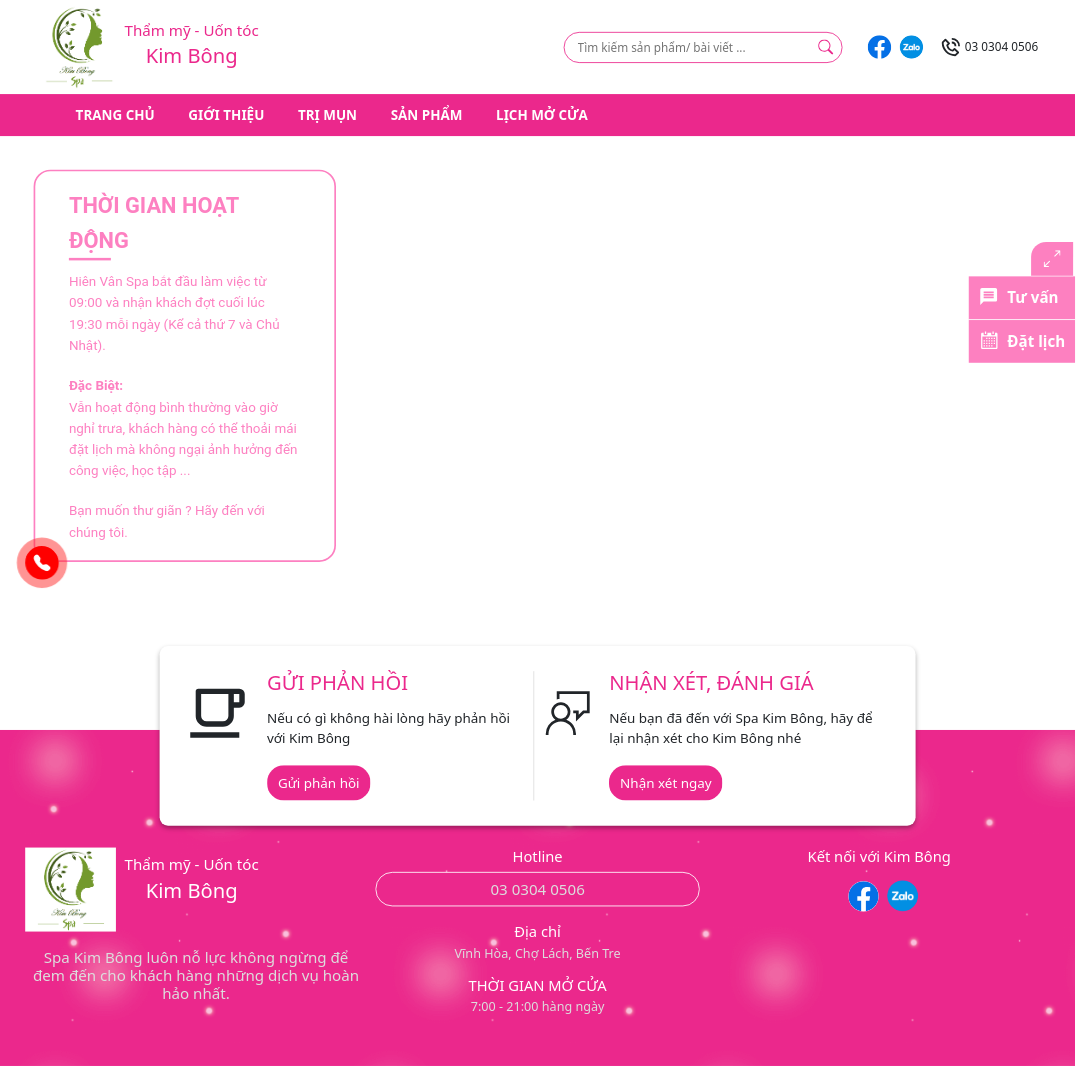
Repository: tranduykhuong/SpaKimBong
Page: /calendar
An editor plug-in stored every save of this project. The page is shown before and after the next save, followed by the edit.
The browser window is 1280 px wide. The page is 1280 px wide, then 1300 px, so the pictures cover 1300 px, including what lies to the right of the window. The pictures show the whole page, at 84% of full size.
The project was rebuilt for these pictures with package versions that can differ from the ones it lists, and the page was loaded fresh each time. Also part of the build but not shown: src/components/Banner/banner.scss, src/components/Banner/Banner.js, src/pages/Home/home.scss, src/pages/Home/ListImage/listImage.scss, src/pages/Home/ListImage/ListImage.js, src/pages/Home/BookOnline/bookOnl.scss, src/pages/Home/BookOnline/Modal/ModalBook/modalbook.scss, src/pages/Home/BookOnline/Modal/ModalBook/modalbook.js and 24 more.

Above is the page before, as saved 2022-06-06 23:31:14.

### src/App.js
import "./App.scss";
import Header from "./components/Header/Header";
import Home from "./pages/Home/Home";
import "bootstrap/dist/css/bootstrap.min.css";
import { Route, Routes } from "react-router-dom";
import About from "./pages/About/About";
import Products from "./pages/Product/Products";
import ProductDetail from "./pages/Product/ProductDetail/ProductDetail";
import AcneTreatment from "./pages/AcneTreatment/AcneTreatment";
import ContactToolbox from "./components/ContactToolbox/ContactToolbox";
import BackToTop from "./components/BackToTop/BackToTop";
import PhoneTool from "./components/PhoneTool/PhoneTool";
import Calendar from "./pages/Calendar/Calendar";

function App() {
  return (
    <div className="App">
      <Header />
      <ContactToolbox />
      <BackToTop />
      <PhoneTool />
      <Routes>
        <Route path="/" element={<Home />} />
        <Route path="/about" element={<About />} />
        <Route path="/products" element={<Products />} />
        <Route path="/acne" element={<AcneTreatment />} />
        <Route path="/calendar" element={<Calendar />} />

        <Route path="/products/1" element={<ProductDetail />} />
      </Routes>
    </div>
  );
}

export default App;

### src/components/Header/Header.js
import React, { useEffect, useState } from "react";
import "./header.scss";
import { BsSearch, BsFacebook } from "react-icons/bs";
import { BiPhoneCall } from "react-icons/bi";
import { Link, useLocation } from "react-router-dom";

function Header() {
  const path = useLocation().pathname;
  const [fixedNavbar, setFixedNavbar] = useState(false);

  useEffect(() => {
    const handleScroll = () => {
      if (window.scrollY < 1) {
        setFixedNavbar(true);
      }

      if (window.scrollY > 170) setFixedNavbar(true);
      else setFixedNavbar(false);
    };

    window.addEventListener("scroll", handleScroll);

    return () => {
      window.removeEventListener("scroll", handleScroll);
    };
  }, []);

  useEffect(() => {
    window.scrollTo(0, 0);
  }, [path]);

  return (
    <div className="header">
      <div className={"infor " + (fixedNavbar ? "mg-navbar" : "")}>
        <div className="logo">
          <img src="../../img/logoSpa.png" alt="" />
          <div className="nameSpa">
            <h4>Thẩm mỹ - Uốn tóc</h4>
            <h2>Kim Bông</h2>
          </div>
        </div>

        <div className="search">
          <input type="text" placeholder="Tìm kiếm sản phẩm/ bài viết ..." />
          <a className="icon">
            <BsSearch className="iconSearch" />
          </a>
        </div>

        <div className="contact">
          <a href="/" className="icon">
            <BsFacebook className="iconFacebook" />
          </a>
          <a href="/" className="icon">
            <img src="../../img/Zalo.png" alt="" className="iconZalo" />
          </a>

          <div className="phone">
            <BiPhoneCall className="iconPhone" />
            <h3>03 0304 0506</h3>
          </div>
        </div>
      </div>
      <div className={"myNavbar " + (fixedNavbar ? "fixedNavbar" : "")}>
        <div className="navbarContent">
          <ul className="navbarList">
            <li className={path === "/" ? "active" : ""}>
              <Link to="/">TRANG CHỦ</Link>
            </li>
            <li className={path === "/about" ? "active" : ""}>
              <Link to="/about">GIỚI THIỆU</Link>
            </li>
            {/* <li className={path === "/skin" ? "active" : ""}>
              <Link to="/">CHĂM SÓC DA</Link>
            </li> */}
            <li className={path === "/acne" ? "active" : ""}>
              <Link to="/acne">TRỊ MỤN</Link>
            </li>
            <li className={path === "/products" ? "active" : ""}>
              <Link to="/products">SẢN PHẨM</Link>
            </li>
            <li className={path === "/open-time" ? "active" : ""}>
              <Link to="/calendar">LỊCH MỞ CỬA</Link>
            </li>
          </ul>
        </div>
      </div>
    </div>
  );
}

export default Header;

### src/components/ContactToolbox/ContactToolbox.js
import React, { useState } from "react";
import "./contactToolbox.scss";
import { MdMessage } from "react-icons/md";
import { GoCalendar } from "react-icons/go";
import { BsArrowsAngleExpand } from "react-icons/bs";

const ContactToolbox = () => {
  const [hidden, setHidden] = useState(false);

  return (
    <div className="contactFixed">
      <div className="toolboxScroll" onClick={() => setHidden((prev) => !prev)}>
        <BsArrowsAngleExpand className="iconArrow" />
      </div>
      <div className={"toolboxList " + (hidden ? "hidden" : "open")}>
        <div className="advise toolboxItem">
          <MdMessage className="iconMessage" />
          <p>Tư vấn</p>
        </div>
        <div className="book toolboxItem">
          <GoCalendar className="iconCalendar" />
          <p>Đặt lịch</p>
        </div>
      </div>
    </div>
  );
};

export default ContactToolbox;

### src/components/BackToTop/BackToTop.js
import React, { useEffect, useState } from "react";
import "./backToTop.scss";
import { FaRegArrowAltCircleUp } from "react-icons/fa";

const BackToTop = () => {
  const [clicked, setClick] = useState(true);
  const [hiddenArrow, setHiddenArrow] = useState(true);

  useEffect(() => {
    const handleScroll = () => {
      if (window.scrollY > 550) setHiddenArrow(false);
      else setHiddenArrow(true);
    };
    window.addEventListener("scroll", handleScroll);
    return () => {
      window.removeEventListener("scroll", handleScroll);
    };
  }, []);

  useEffect(() => {
    window.scrollTo(0, 0);
  }, [clicked]);

  return (
    <div
      className={"backToTop " + (hiddenArrow ? "" : "show")}
      onClick={() => setClick((prev) => !prev)}
    >
      <FaRegArrowAltCircleUp className="icon" />
    </div>
  );
};

export default BackToTop;

### src/components/PhoneTool/PhoneTool.js
import React from "react";
import "./phoneTool.scss";
import { BsFillTelephoneFill } from "react-icons/bs";

const PhoneTool = () => {
  return (
    <div className="phoneTool">
      <div className="phone">
        <BsFillTelephoneFill className="iconPhone" />
      </div>
      <div className="circle"></div>
    </div>
  );
};

export default PhoneTool;

### src/pages/Calendar/Calendar.js
import React from "react";
import "./calendar.scss";
import Footer from "./../../components/Footer/Footer";

const Calendar = () => {
  return (
    <div>
      <div className="container-calendar">
        <div className="container-bg-calendar">
          <div className="calendar">
            <div className="calendar-content">
              <h3>THỜI GIAN HOẠT ĐỘNG</h3>
              <p>
                Hiên Vân Spa bắt đầu làm việc từ 09:00 và nhận khách đợt cuối
                lúc 19:30 mỗi ngày (Kể cả thứ 7 và Chủ Nhật).
              </p>
              <strong id="special">Đặc Biệt:</strong>
              <p>
                Vẫn hoạt động bình thường vào giờ nghỉ trưa, khách hàng có thể
                thoải mái đặt lịch mà không ngại ảnh hưởng đến công việc, học
                tập ...
              </p>
              <p>Bạn muốn thư giãn ? Hãy đến với chúng tôi.</p>
            </div>

            <div className="calendar-boxs"></div>
          </div>
        </div>
      </div>

      <Footer />
    </div>
  );
};

export default Calendar;

### src/components/Header/header.scss
@import '../../SCSS/base/variables.scss';
$height-navbar: 5rem;

.header {
    .mg-navbar {
        margin-bottom: $height-navbar;
    }

    .infor {
        max-width: 1200px;
        padding: .6rem 0;
        display: flex;
        justify-content: space-between;
        margin: 0 auto;

        .logo {
            display: flex;
            flex: 1;

            img {
                height: 10rem;
            }

            .nameSpa {
                color: $main-color;
                margin: auto 0;

                h4 {
                    font-size: 1.8rem;
                    font-weight: 500;
                }

                h2 {
                    font-size: 2.4rem;
                }
            }
        }


        .search {
            margin: auto 0;
            border-radius: 50px;
            border: solid .1rem $main-color;
            height: 37px;
            display: flex;

            input {
                font-size: 1.4rem;
                margin: auto 16px;
                min-width: 26rem;
                border: none;
                outline: none;
            }

            .icon {
                margin: auto 10px;
                cursor: pointer;
            }

            .iconSearch {
                width: 1.8rem;
                height: 1.8rem;
                color: $main-color;

                &:hover {
                    color: #f867b2;
                }
            }
        }

        .contact {
            display: flex;
            margin-left: 20px;

            .icon {
                margin: auto 0;
                margin-left: 10px;

            }

            .iconFacebook {
                width: 2.8rem;
                height: 2.8rem;
                color: rgba($color: #0570e6, $alpha: 1.0);
            }

            .iconZalo {
                width: 2.8rem;
                height: 2.8rem;
                border-radius: 50%;
            }

            .phone {
                margin: auto 0;
                margin-left: 20px;
                display: flex;

                .iconPhone {
                    width: 2.6rem;
                    height: 2.6rem;
                }

                h3 {
                    font-size: 1.4rem;
                    font-weight: 500;
                    margin: auto 4px;
                }
            }

        }
    }

    .fixedNavbar {
        position: fixed;
        top: 0;
        left: 0;
        z-index: 50;
        width: 100%;
        animation: fixedNavbar 1s forwards;
    }

    @keyframes fixedNavbar {
        from {
            top: -5rem;
            opacity: 0;
        }

        to {
            top: 0;
            opacity: 1;
        }
    }

    .myNavbar {
        height: $height-navbar;
        background-color: $main-color;

        .navbarContent {
            max-width: 1200px;
            margin: 0 auto;

            .navbarList {
                display: flex;
                margin: 0 1rem;
                // justify-content: space-evenly;

                li {
                    list-style: none;

                    a {
                        line-height: $height-navbar;
                        height: $height-navbar;
                        display: block;
                        color: #fff;
                        font-size: 1.6rem;
                        font-weight: 600;
                        text-decoration: none;
                        padding: 0 2rem;
                    }

                    &:hover {
                        background-color: #f844a1;
                        cursor: pointer;
                    }
                }

                .active {
                    background-color: #dd0876;
                }
            }
        }
    }
}

### src/components/Footer/Footer.js
import React, { useEffect } from "react";
import "./footer.scss";
import { BsFacebook } from "react-icons/bs";
import { RiCupLine } from "react-icons/ri";
import { VscFeedback } from "react-icons/vsc";

const Footer = () => {
  return (
    <div className="footer">
      <div className="logo">
        <div className="info">
          <img src="../../img/logoSpa.png" alt="" />
          <div className="nameSpa">
            <h4>Thẩm mỹ - Uốn tóc</h4>
            <h2>Kim Bông</h2>
          </div>
        </div>

        <h5>
          Spa Kim Bông luôn nỗ lực không ngừng để đem đến cho khách hàng những
          dịch vụ hoàn hảo nhất.
        </h5>
      </div>

      <div className="address">
        <h3>Hotline</h3>
        <div className="hotline">03 0304 0506</div>
        <h3>Địa chỉ</h3>
        <h4>Vĩnh Hòa, Chợ Lách, Bến Tre</h4>
        <h3>THỜI GIAN MỞ CỬA</h3>
        <h4>7:00 - 21:00 hàng ngày</h4>
      </div>
      <div className="contact">
        <h3>Kết nối với Kim Bông</h3>
        <a href="/" className="icon">
          <BsFacebook className="iconFacebook" />
        </a>
        <a href="/" className="icon">
          <img src="../../img/Zalo.png" alt="" className="iconZalo" />
        </a>
      </div>

      <div className="subFooter">
        <div className="report">
          <RiCupLine className="icon" />
          <div>
            <h3>Gửi phản hồi</h3>
            <p>Nếu có gì không hài lòng hãy phản hồi với Kim Bông</p>
            <div className="btn">Gửi phản hồi</div>
          </div>
        </div>
        <div className="feedback">
          <VscFeedback className="icon" />
          <div>
            <h3>Nhận xét, Đánh giá</h3>
            <p>
              Nếu bạn đã đến với Spa Kim Bông, hãy để lại nhận xét cho Kim Bông
              nhé
            </p>
            <div className="btn">Nhận xét ngay</div>
          </div>
        </div>
      </div>
    </div>
  );
};

export default Footer;

### src/components/ContactToolbox/contactToolbox.scss
.contactFixed {
    position: fixed;
    top: 50%;
    transform: translateY(-50%);
    right: 0;
    z-index: 100;
    cursor: pointer;

    .toolboxScroll {
        border-top-left-radius: 1.8rem;
        background-color: rgba($color: #fc2c97, $alpha: 0.6);
        width: 5rem;
        padding: 1rem;
        color: #fff;
        transform: translateX(149%);
        border-bottom: 1px solid #fff;

        .iconArrow {
            width: 2rem;
            height: 2rem;
        }
    }

    .toolboxList {
        background-color: rgba($color: #fc2c97, $alpha: 0.6);


        .toolboxItem {
            display: flex;
            padding: 1.2rem;
            color: #fff;

            p {
                font-size: 1.8rem;
                margin: 0;
                padding-left: 1rem;
                font-weight: 600;
            }
        }

        .advise {
            border-bottom: 1px solid #fff;

            .iconMessage {
                width: 2.4rem;
                height: 2.4rem;
            }
        }

        .book {

            .iconCalendar {
                width: 2.4rem;
                height: 2.4rem;
            }
        }
    }

    .hidden {
        animation: toRight 0.8s linear forwards;
    }

    .open {
        animation: toLeft 0.8s linear backwards;
    }

    @keyframes toRight {
        to {
            transform: translateX(62%);
        }
    }

    @keyframes toLeft {
        from {
            transform: translateX(62%);

        }

        to {
            transform: translateX(0);
        }
    }
}

### src/components/BackToTop/backToTop.scss
.backToTop {
    position: fixed;
    bottom: 2rem;
    right: 2rem;
    z-index: 100;
    display: none;

    .icon {
        width: 4rem;
        height: 4rem;
        color: #fa72b8;
        cursor: pointer;
    }
}

.show {
    animation: FadeIn 0.8s forwards;
    display: block;

    @keyframes FadeIn {
        from {
            bottom: 0;
        }

        to {
            bottom: 2rem;
        }
    }
}

### src/components/PhoneTool/phoneTool.scss
.phoneTool {
    position: fixed;
    width: 6rem;
    height: 6rem;
    left: 1rem;
    border-radius: 50%;
    bottom: 3rem;
    z-index: 100;
    cursor: pointer;

    .phone {
        position: absolute;
        z-index: 5;
        top: 34%;
        left: 34%;
        background-color: red;
        padding: 1rem;
        border-radius: 50%;
        animation: phoneSkin 1s infinite ease-in-out;

        .iconPhone {
            height: 2rem;
            width: 2rem;
            color: #fff;

        }

        @keyframes phoneSkin {
            0% {
                transform: rotate(0) scale(1) skew(1deg);
            }

            10% {
                transform: rotate(-25deg) scale(1) skew(1deg);
            }

            20% {
                transform: rotate(25deg) scale(1) skew(1deg);
            }

            30% {
                transform: rotate(-25deg) scale(1) skew(1deg);
            }

            40% {
                transform: rotate(25deg) scale(1) skew(1deg);
            }

            50% {
                transform: rotate(0) scale(1) skew(1deg);
            }

            100% {
                transform: rotate(0) scale(1) skew(1deg);
            }
        }
    }

    .circle {
        position: absolute;
        width: 6rem;
        height: 6rem;
        border-radius: 50%;
        top: 16%;
        left: 16%;
        background-color: rgba($color: rgb(255, 42, 42), $alpha: 0.5);
        animation: zoom 1s infinite;

        @keyframes zoom {
            0% {
                transform: scale(0.9);
            }

            70% {
                transform: scale(1);
                box-shadow: 0 0 0 15px transparent;
            }

            100% {
                transform: scale(0.9);
                box-shadow: 0 0 0 0 transparent;
            }
        }
    }
}

### src/pages/Calendar/calendar.scss
.container-calendar {
  .container-bg-calendar {
    .calendar {
      display: flex;
      width: 100%;
      text-align: left;
      padding: 4rem;
      font-family: "Roboto", sans-serif;

      .calendar-content {
        width: 30%;
        border: solid 2px #fd80c1;
        // border-bottom-left-radius: 20px;
        // border-top-left-radius: 20px;
        // border-top-right-radius: 20px;
        border-radius: 20px;
        padding: 2rem 4rem 0;

        h3 {
          margin: 0 0 13px;
          color: #fd80c1;
          font-size: 26px;
          font-weight: bold;
          line-height: 1.6;
        }

        h3:after {
          content: "";
          display: block;
          width: 5rem;
          height: 0.25rem;
          background: #fd80c1;
        }

        #special {
          color: #fd80c1;
          font-size: 16px;
          line-height: 1.6;
          margin-bottom: 0;
        }

        p {
          margin: 0 0 21px;
          color: #fd80c1;
          font-size: 16px;
          line-height: 1.6;
        }
      }

      .calendar-boxs {
        width: 70%;
      }
    }
  }
}

### src/SCSS/base/variables.scss
$main-color: #eb288c;
$text-color: #444;
$title-color: #fff;

### src/components/Footer/footer.scss
@import '../../SCSS/base/variables.scss';

.footer {
    background-image: url(../../../public/img/sparkle1.png), url(../../../public/img/sparkle2.png);
    width: 100%;
    height: 400px;
    background-color: $main-color;
    animation: sparkle 60s linear infinite;
    padding: 14rem 3rem 0;
    display: flex;
    justify-content: space-around;
    position: relative;
    margin-top: 16rem;

    .logo {
        flex: 1;

        .info {
            display: flex;

            img {
                height: 10rem;
            }

            .nameSpa {
                color: $title-color;
                margin: 1rem;

                h4 {
                    font-size: 1.8rem;
                    font-weight: 500;
                }

                h2 {
                    font-size: 2.4rem;
                }
            }
        }

        h5 {
            margin: 2rem .6rem;
            font-size: 1.8rem;
            font-weight: 400;
            color: #ddd;
        }
    }

    .contact {
        flex: 1;
        text-align: center;

        h3 {
            margin-bottom: 1.8rem;
            color: $title-color;
        }

        .icon {
            margin: auto 0;
            margin-left: 10px;

        }

        .iconFacebook {
            width: 3.6rem;
            height: 3.6rem;
            color: rgba($color: #0570e6, $alpha: 1.0);
            background-color: $title-color;
            border-radius: 50%;
        }

        .iconZalo {
            width: 3.7rem;
            height: 3.7rem;
            border-radius: 50%;
        }
    }

    .address {
        color: #ddd;
        flex: 1;
        text-align: center;

        h3 {
            // margin-bottom: 2rem;
            color: $title-color;
        }

        h4 {
            margin-bottom: 2rem;
        }

        .hotline {
            padding: .6rem;
            font-size: 1.8rem;
            margin: .8rem 1rem 2rem;
            border: 1px solid $title-color;
            border-radius: 2rem;

            &:hover {
                color: $title-color;
                cursor: pointer;
            }
        }
    }

    @keyframes sparkle {
        0% {
            background-position: 0px 0px, 0px 0px, 0px 0px;
        }

        100% {
            background-position: -500px -1000px, -400px -400px, 300px 300px;
        }
    }

    .subFooter {
        width: 100%;
        max-width: 90rem;
        min-height: 20rem;
        box-shadow: 0 3px 6px -4px rgba(0, 0, 0, 0.2), 0 3px 6px rgba(0, 0, 0, 0.3);

        background-color: #fff;
        border-radius: 1rem;
        z-index: 50;
        top: -10rem;
        left: 50%;
        transform: translateX(-50%);
        position: absolute;
        display: flex;
        padding: 3rem;
        justify-content: space-around;

        .report,
        .feedback {
            display: flex;
            flex: 1;
            justify-content: center;
            text-align: left;

            h3 {
                text-transform: uppercase;
                font-size: 2.4rem;
                color: $main-color;
            }

            p {
                font-size: 1.6rem;
                padding: 1rem 1.4rem 1rem 0;
            }

            .icon {
                height: 10rem;
                width: 10rem;
                margin-right: 2rem;
            }

            .btn {
                padding: 0.8rem 1.2rem;
                background-color: $main-color;
                border-radius: 2rem;
                font-size: 1.6rem;
                color: #fff;

                &:hover {
                    background-color: #cc1574;
                }
            }
        }

        .report {
            border-right: 1px solid #ddd;
        }

        .feedback {
            margin-left: 1rem;
        }
    }
}

Loaded but not shown: public/index.html (common file); src/index.js (common file); src/index.css (common file); src/reportWebVitals.js (common file); src/App.scss (common file)

After the next save:
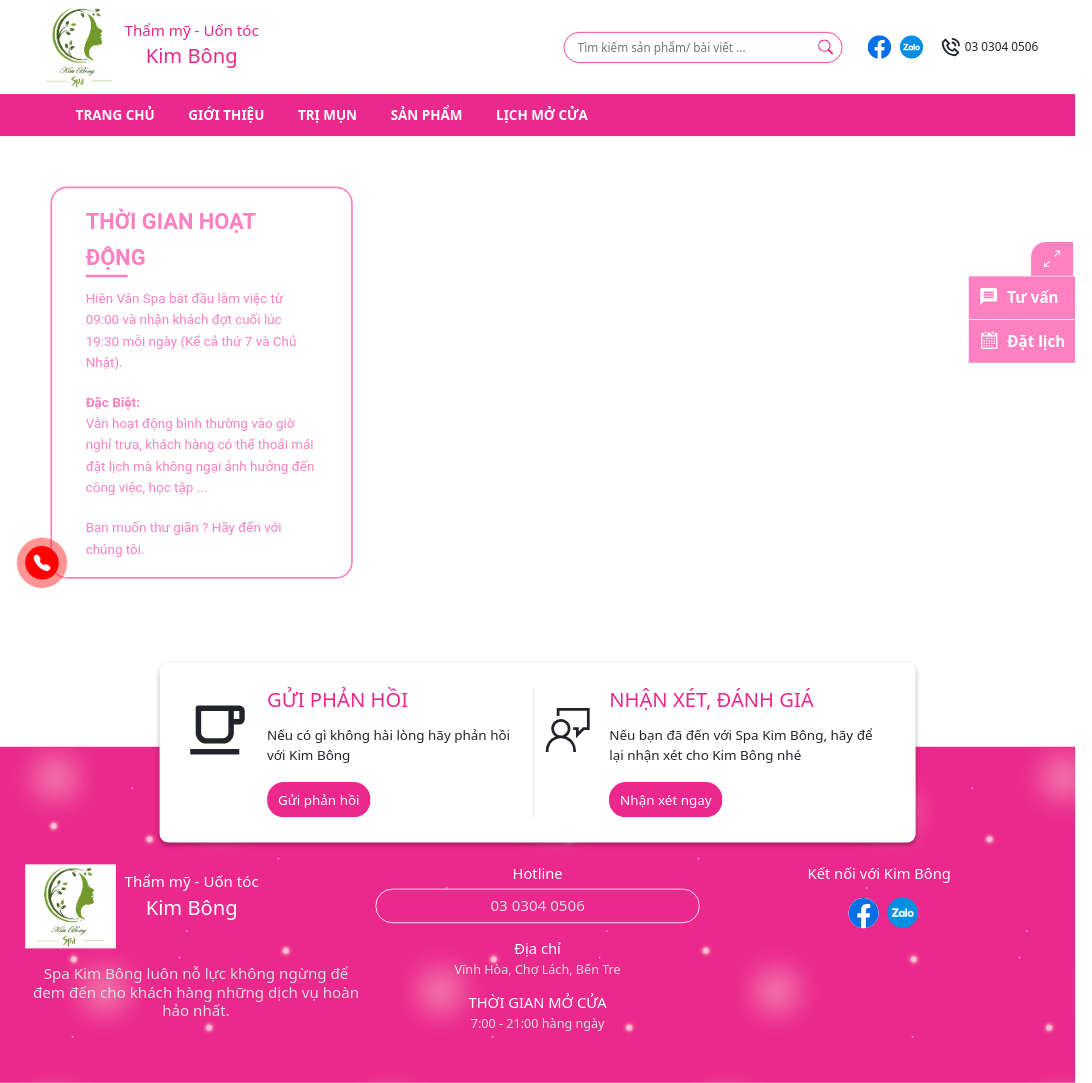
Saved 33 s later.
--- a/src/pages/Calendar/calendar.scss
+++ b/src/pages/Calendar/calendar.scss
@@ -6,6 +6,7 @@
       text-align: left;
       padding: 4rem;
       font-family: "Roboto", sans-serif;
+      margin: 2rem 0 0 2rem;
 
       .calendar-content {
         width: 30%;
